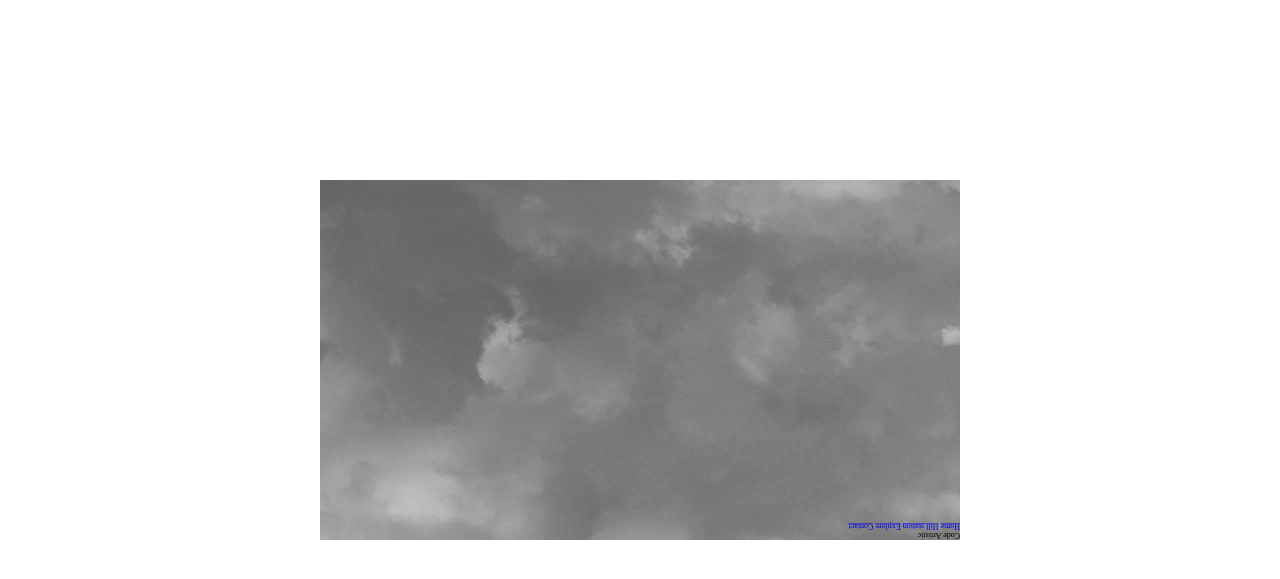
Repository: Ruxmary7/energy
Page: starter/index.html
These files come from the project's save history. The page is drawn as it stood at one moment and after the next save; the edit follows.
The browser window is 1280 px wide. The pictures show the whole page.

Above is the page before, as saved 2025-01-10 21:53:43.

### starter/index.html
<!DOCTYPE html>
<html lang="en">
<head>
    <meta charset="UTF-8">
    <meta name="viewport" content="width=device-width, initial-scale=1.0">
    <title>Landing page</title>
    <link rel="stylesheet" href="style.css">
</head>
<body>
    <header>
<nav>
    <div class="logo">
Code Artistic
    </div>
<div class="menu">
    <a href="#">Home</a>
    <a href="#">Hill station</a>
    <a href="#">Explore</a>
<a href="#">Contact</a>

</div>
<div class="register">
    <a href=""></a>
</div>

    </header>
</body>
</html>

### starter/style.css
* {
    padding: 0;
    margin: 0;
    box-sizing: border-box;
}

header {
    width: 100%;
    height: 100vh;
    background: url(abc.jpg);
    block-size: cover;
    transform: scale(-50%);
}

After the next save:
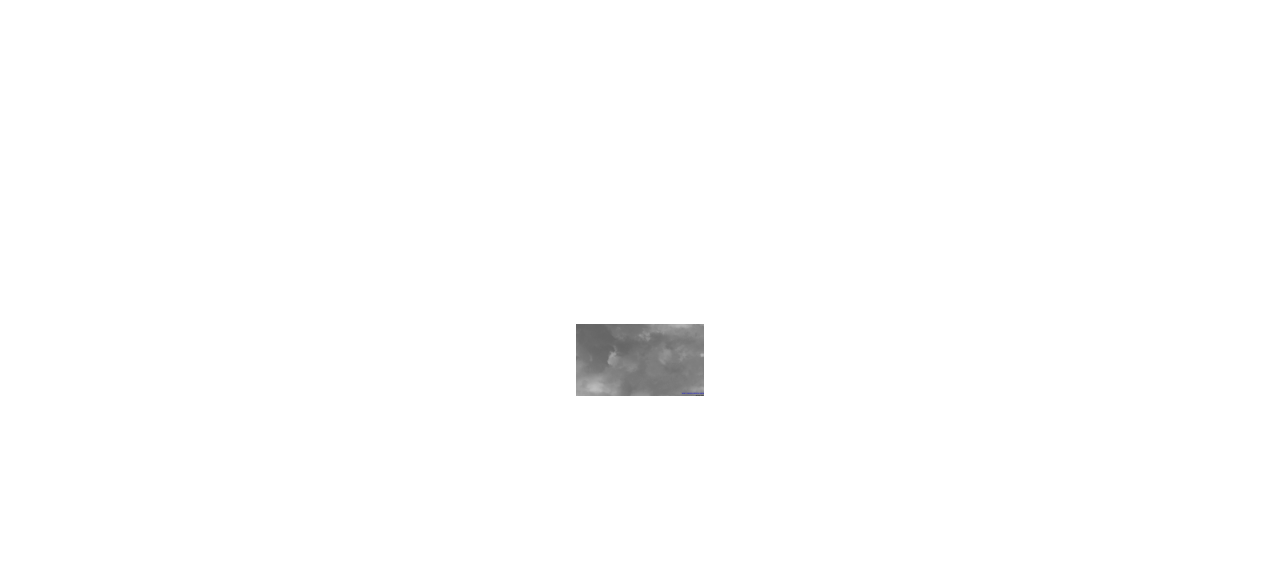
Saved 15 s later.
--- a/starter/style.css
+++ b/starter/style.css
@@ -9,5 +9,5 @@ header {
     height: 100vh;
     background: url(abc.jpg);
     block-size: cover;
-    transform: scale(-50%);
+    transform: scale(-10%);
 }
